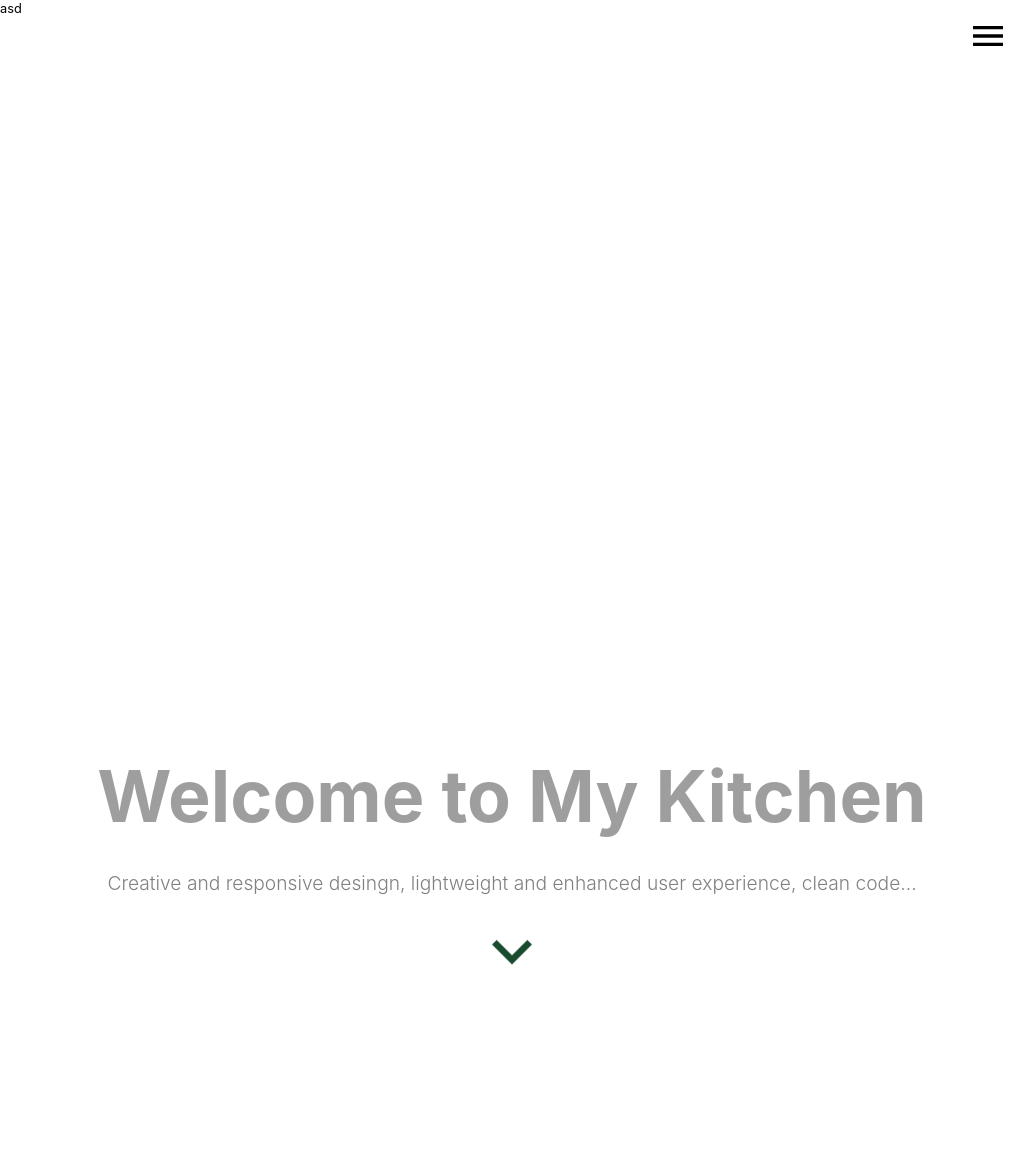
Repository: safak/safak.github.io
Page: /
The author's editor kept a copy of each file at every save. The page is drawn from the files as they stood at one save, then again after the next save.
The browser window is 1280 px wide. The pictures show the whole page, at 80% of full size.
Pictures or frames that could not be fetched are drawn as grey boxes. Backgrounds fixed to the window are drawn as part of the page. The project was rebuilt for these pictures with package versions that can differ from the ones it lists, and the page was loaded fresh each time. Also part of the build but not shown: src/App.css.

Above is the page before, as saved 2020-08-28 03:56:35.

After the next save:
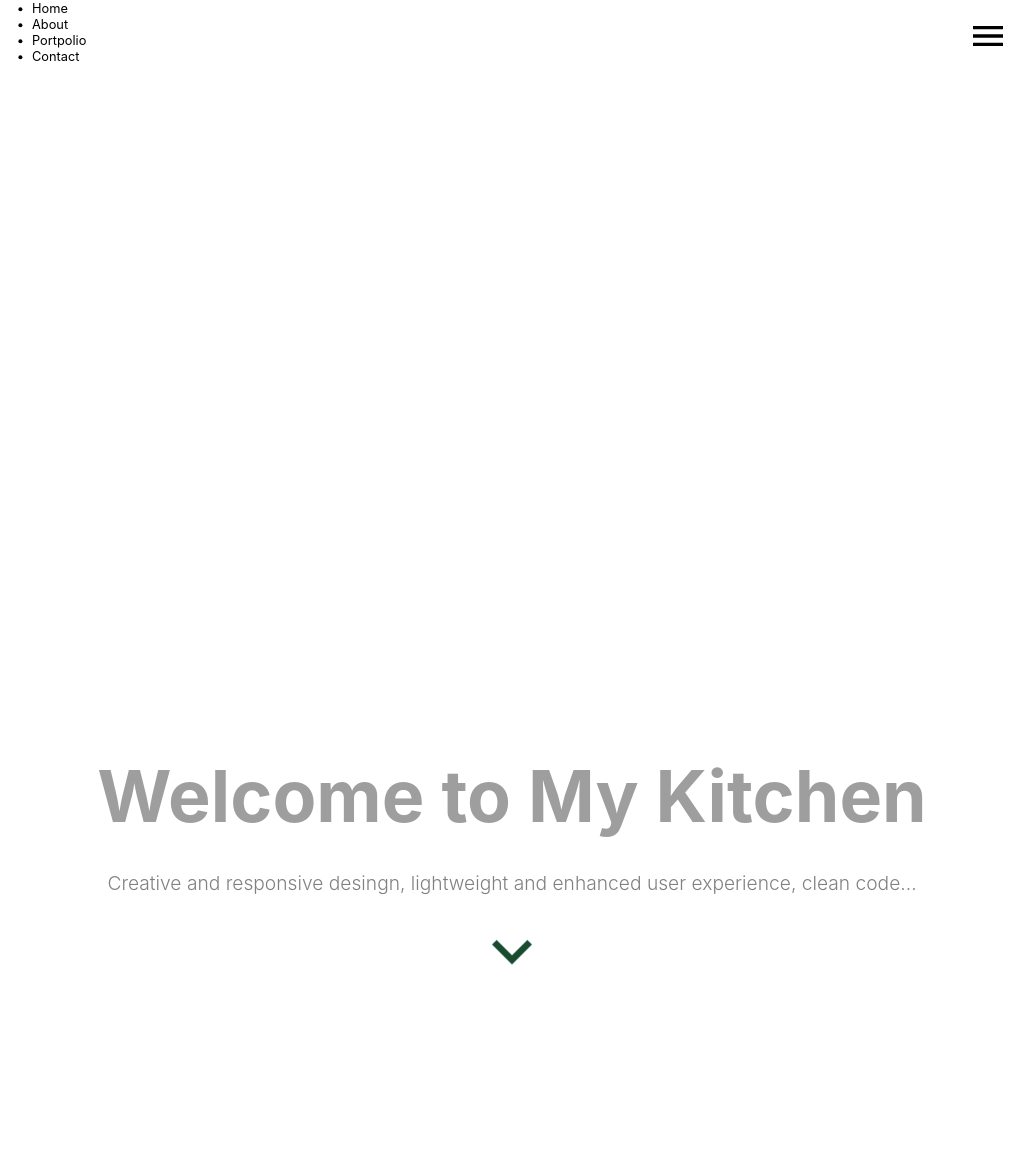
Saved 57 s later.
--- a/src/components/menu/Menu.js
+++ b/src/components/menu/Menu.js
@@ -2,9 +2,16 @@ import React from "react";
 import "./Menu.css";
 
 const Menu = () => {
-  return <div className="menu">
-      asd
-  </div>;
+  return (
+    <div className="menu">
+      <ul>
+        <li>Home</li>
+        <li>About</li>
+        <li>Portpolio</li>
+        <li>Contact</li>
+      </ul>
+    </div>
+  );
 };
 
 export default Menu;
